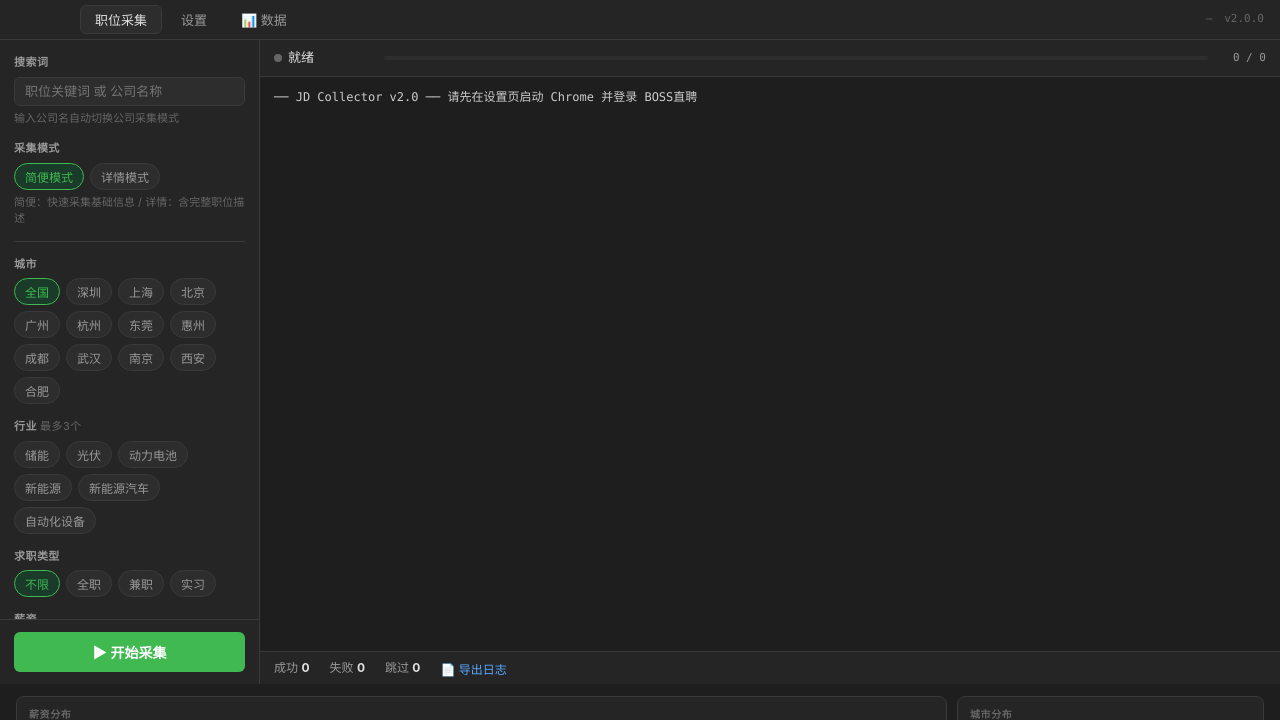
Repository: luhu9012/JD-Collector
Page: ui/index.html
An editor plug-in stored every save of this project. The page is shown before and after the next save, followed by the edit.
The browser window is 1280 px wide. The pictures show the whole page.
An inner scrolling area shows only its first screen.

Above is the page before, as saved 2026-06-15 07:24:01.

After the next save:
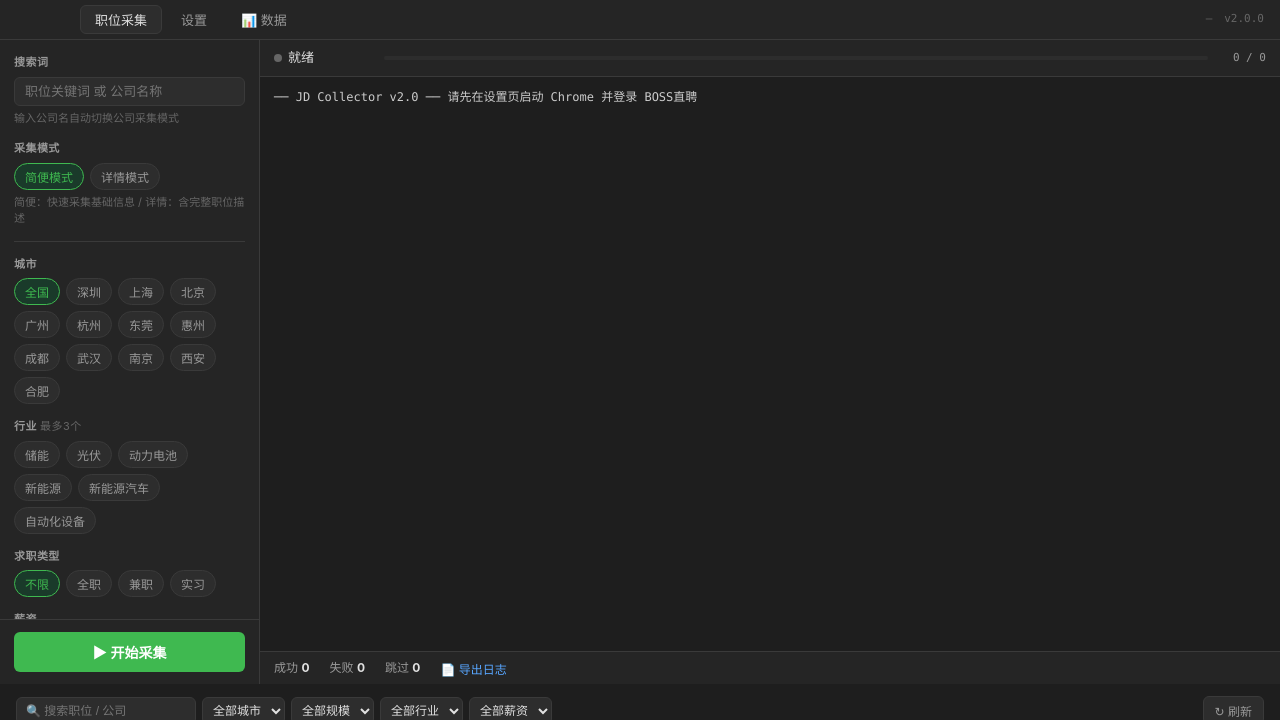
Saved 68 s later.
--- a/ui/index.html
+++ b/ui/index.html
@@ -303,7 +303,7 @@
   </div>
 
   <!-- 操作栏 -->
-  <div class="data-bar hidden">
+  <div class="data-bar">
     <div class="data-bar-l">
       <input id="df-search"   type="text"  class="df-input" placeholder="🔍 搜索职位 / 公司">
       <select id="df-city"    class="df-select"><option value="">全部城市</option></select>
@@ -326,9 +326,8 @@
     </div>
   </div>
 
-  <!-- 图表网格 2行×3列：薪资跨2列，城市；规模、行业、学历+经验 -->
+  <!-- 图表网格：6 张 -->
   <div class="charts-grid">
-    <!-- 行1 -->
     <div class="chart-card span2">
       <div class="chart-label">薪资分布</div>
       <div class="chart-body"><canvas id="chart-salary"></canvas></div>
@@ -337,9 +336,8 @@
       <div class="chart-label">城市分布</div>
       <div class="chart-body"><canvas id="chart-city"></canvas></div>
     </div>
-    <!-- 行2 -->
-    <div class="chart-card">
-      <div class="chart-label">公司规模 / 融资</div>
+    <div class="chart-card">
+      <div class="chart-label">公司规模 / 融资阶段</div>
       <div class="chart-body"><canvas id="chart-scale"></canvas></div>
     </div>
     <div class="chart-card">
@@ -347,8 +345,12 @@
       <div class="chart-body"><canvas id="chart-industry"></canvas></div>
     </div>
     <div class="chart-card">
-      <div class="chart-label">学历 / 经验要求</div>
-      <div class="chart-body"><canvas id="chart-degree-exp"></canvas></div>
+      <div class="chart-label">学历要求</div>
+      <div class="chart-body"><canvas id="chart-degree"></canvas></div>
+    </div>
+    <div class="chart-card">
+      <div class="chart-label">经验要求</div>
+      <div class="chart-body"><canvas id="chart-experience"></canvas></div>
     </div>
   </div>
 
